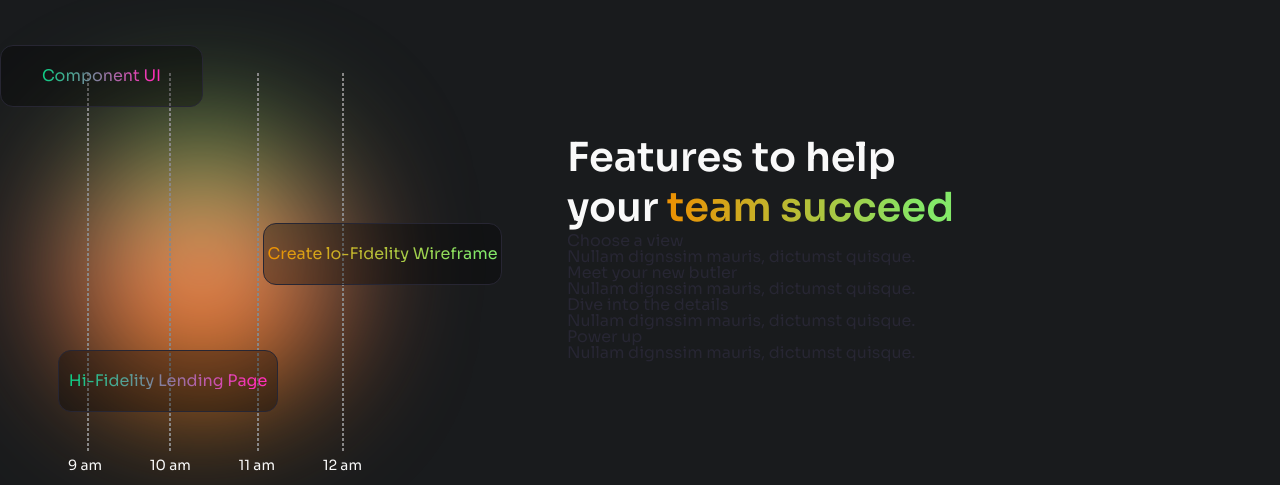
Repository: anhthiethumg/Task_Managerment_Website
Page: index.html
The author's editor kept a copy of each file at every save. The page is drawn from the files as they stood at one save, then again after a run of saves.
The browser window is 1280 px wide. The pictures show the part of the page from y = 2400 to 2885 px (the page is 2885 px tall).
A picture or video elsewhere on the page could not be fetched, so the positions and the page height are approximate.

Above is the page before, as saved 2023-07-31 09:06:47.

After the next 3 saves:
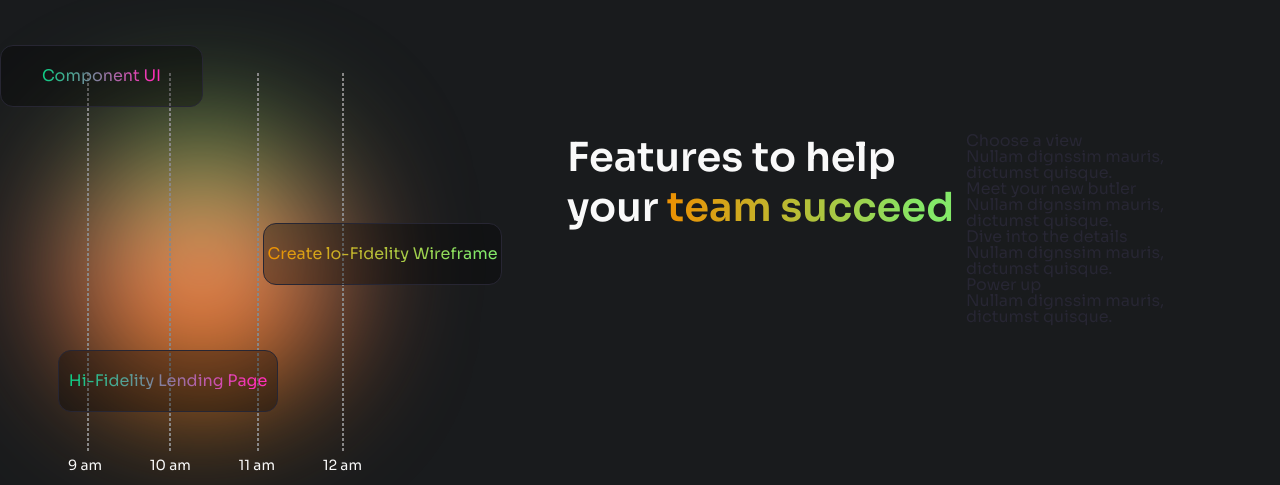
The 3 saves are shown as one change because they came seconds apart.
The last was saved 11 s later.
--- a/assets/css/styles.css
+++ b/assets/css/styles.css
@@ -706,5 +706,6 @@ a {
 }
 
 .feature__content {
-  dg
-}
+  display: grid;
+  grid-template-columns: 1fr 1fr;
+}
